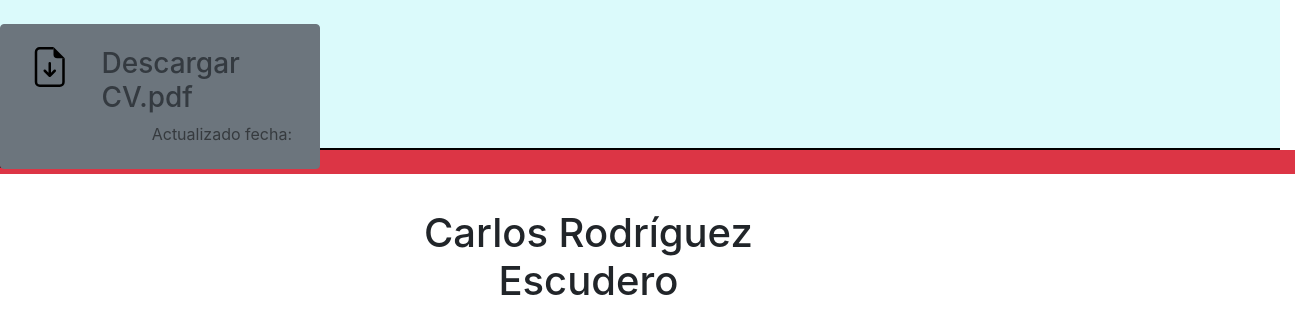
Repository: CarlosRoEs/CarlosWebCV
Page: index.html
An editor plug-in stored every save of this project. The page is shown before and after the next save, followed by the edit.
The browser window is 1280 px wide. The page is 1295 px wide, so the pictures cover 1295 px, including what lies to the right of the window. The pictures show the whole page.
The style sheet was rebuilt from its Sass, Less or Tailwind sources for each picture, by a compiler version that may differ from the author's.

Above is the page before, as saved 2020-09-15 16:01:31.
Console error: ReferenceError: $ is not defined

### index.html
<!DOCTYPE html>
<html lang="es">

<head>
    <meta charset="UTF-8">
    <meta name="viewport" content="width=device-width, initial-scale=1.0">
    <title>Carlos Rodríguez</title>
    <link rel="stylesheet" href="bootstrap/css/bootstrap.min.css">
    <link rel="stylesheet" href="Sass/dist/header.css">
</head>

<body>

    <div class="container-fluid">
        <div id="row-header" class="row">
            <header id="header" class="col-12">
                <div id="row-a-header" class="row">

                            <!-- <a href="https://www.sport.es/es/" id="a-header" class="col-4 text-decoration-none d-flex flex-row flex-wrap mt-4 ml-5"> -->
                                <button id="header-button" type="button" class="btn btn-secondary col-3 d-flex flex-row flex flex-wrap mt-4" data-toggle="tooltip" data-placement="top" title="Descargar PDF">
                                    <svg width="40px" height="40px" viewBox="0 0 16 16" class="bi bi-file-earmark-arrow-down col-3 mt-3" fill="dark" xmlns="http://www.w3.org/2000/svg">
                                        <path d="M4 0h5.5v1H4a1 1 0 0 0-1 1v12a1 1 0 0 0 1 1h8a1 1 0 0 0 1-1V4.5h1V14a2 2 0 0 1-2 2H4a2 2 0 0 1-2-2V2a2 2 0 0 1 2-2z" />
                                        <path d="M9.5 3V0L14 4.5h-3A1.5 1.5 0 0 1 9.5 3z" />
                                        <path fill-rule="evenodd" d="M8 6a.5.5 0 0 1 .5.5v3.793l1.146-1.147a.5.5 0 0 1 .708.708l-2 2a.5.5 0 0 1-.708 0l-2-2a.5.5 0 1 1 .708-.708L7.5 10.293V6.5A.5.5 0 0 1 8 6z" />
                                    </svg>
                                    <h3 id="h3-header" class="col-9 mt-3 text-left text-dark">Descargar CV.pdf</h3>
                                    <p class="col-12 text-right text-black-50">Actualizado fecha:</p>
                                </div>


                            <!-- </a> -->
                    <div class="col-8 d-flex justify-content-center mt-4">
                        <h1 class="mt-3 mr-5 align-items-center">Carlos Rodríguez Escudero</h1>
                    </div>
                </div>
            </header>
        </div>
        <div class="row bg-danger">
            hola
        </div>

    </div>
<script>
    $(function () {
        $('[data-toggle="tooltip"]').tooltip()
      })
</script>

    <script type="text/javascript" src="jquery/jquery-3.5.1.min.js"></script>
    <script type="text/javascript" src="bootstrap/js/bootstrap.min.js"></script>
</body>

</html>

### Sass/header.scss
* {
    margin: 0px;
    padding: 0px;
}


#header {
    height: 150px;
    text-align: center;
    border-bottom: 2px solid black;
    background-color: rgba(175, 244, 247, 0.446);

    h1{
        margin-left: 45%;
    }
}

#a-header {
    border: 5px solid red;
    border-radius: 10px;
    font-size: 10px;
}

Loaded but not shown: bootstrap/css/bootstrap.min.css (library); jquery/jquery-3.5.1.min.js (library); bootstrap/js/bootstrap.min.js (library)

After the next save:
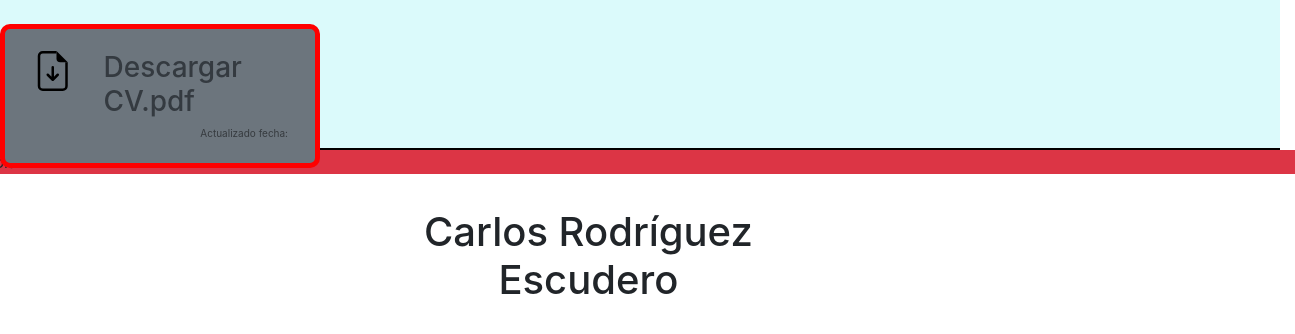
Saved 20 s later.
--- a/Sass/header.scss
+++ b/Sass/header.scss
@@ -15,7 +15,7 @@
     }
 }
 
-#a-header {
+#header-button {
     border: 5px solid red;
     border-radius: 10px;
     font-size: 10px;
